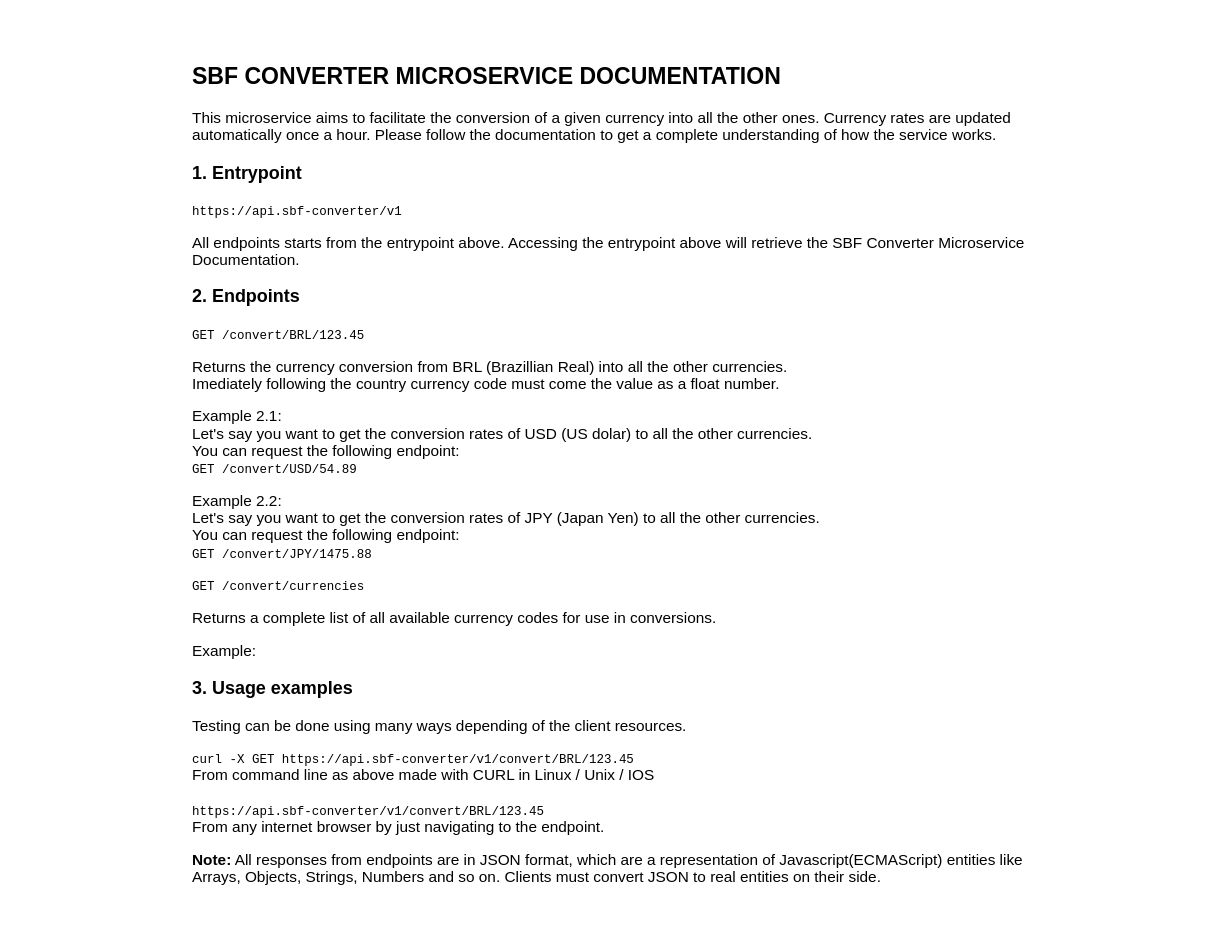
Repository: miguelamello/nestjs-restful-api
Page: documentation.html
These files come from the project's save history. The page is drawn as it stood at one moment and after the next save; the edit follows.
The browser window is 1280 px wide. The pictures show the whole page, at 96% of full size.

Above is the page before, as saved 2023-03-21 22:39:16.

### documentation.html
<!DOCTYPE html>
<html lang="en">
<head>
  <meta charset="UTF-8">
  <meta http-equiv="X-UA-Compatible" content="IE=edge">
  <meta name="viewport" content="width=device-width, initial-scale=1.0">
  <title>SBF Converter Documentation</title>
  <style>
    body {
      font-family: Arial, Helvetica, sans-serif;
      padding: 3% 15%;
    }
  </style>
</head>
<body>
  <h2>SBF CONVERTER MICROSERVICE DOCUMENTATION</h2>
  <p>
    This microservice aims to facilitate the conversion of a given currency
    into all the other ones. Currency rates are updated automatically once a hour.
    Please follow the documentation to get a complete understanding of how the service works.
  </p>

  <h3>1. Entrypoint</h3>
  <code>https://api.sbf-converter/v1</code>
  <p>
    All endpoints starts from the entrypoint above. Accessing the entrypoint
    above will retrieve the SBF Converter Microservice Documentation.
  </p>

  <h3>2. Endpoints</h3>
  <p>
    <code>GET /convert/BRL/123.45</code>
    <div>Returns the currency conversion from BRL (Brazillian Real) into all the other currencies.</div>
    <div>Imediately following the country currency code must come the value as a float number.</div>

    <p>
      <div>Example 2.1:</div>
      <div>Let's say you want to get the conversion rates of USD (US dolar) to all the other currencies.</div>
      <div>You can request the following endpoint:</div>
      <code>GET /convert/USD/54.89</code>
    </p>

    <p>
      <div>Example 2.2:</div>
      <div>Let's say you want to get the conversion rates of JPY (Japan Yen) to all the other currencies.</div>
      <div>You can request the following endpoint:</div>
      <code>GET /convert/JPY/1475.88</code>
    </p>

    <p></p>
  </p>

  <p>
    <code>GET /convert/currencies</code>
    <div>Returns a complete list of all available currency codes for use in conversions.</div>

    <p>Example:</p>
  </p>

  <h3>3. Usage examples</h3>

  <p>Testing can be done using many ways depending of the client resources.</p>

  <code>curl -X GET https://api.sbf-converter/v1/convert/BRL/123.45</code>
  <div>From command line as above made with CURL in Linux / Unix / IOS</div>
  <br>
  <code>https://api.sbf-converter/v1/convert/BRL/123.45</code>
  <div>From any internet browser by just navigating to the endpoint.</div>

  <p>
    <b>Note:</b> All responses from endpoints are in JSON format, which are a
    representation of Javascript(ECMAScript) entities like Arrays, Objects,
    Strings, Numbers and so on. Clients must convert JSON to real entities
    on their side.
  </p>

</body>
</html>

After the next save:
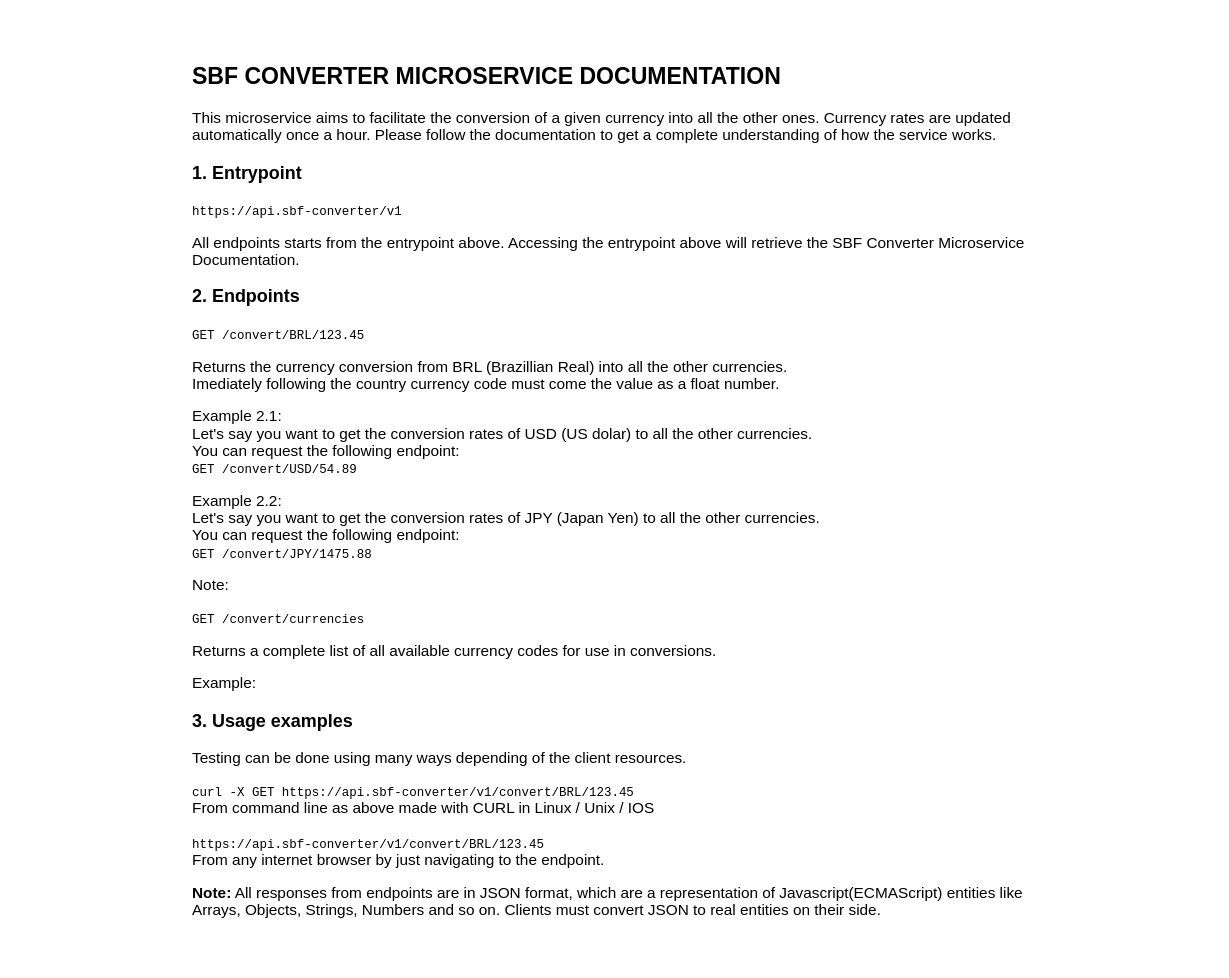
Saved 4 s later.
--- a/documentation.html
+++ b/documentation.html
@@ -47,7 +47,7 @@
       <code>GET /convert/JPY/1475.88</code>
     </p>
 
-    <p></p>
+    <p>Note:</p>
   </p>
 
   <p>
